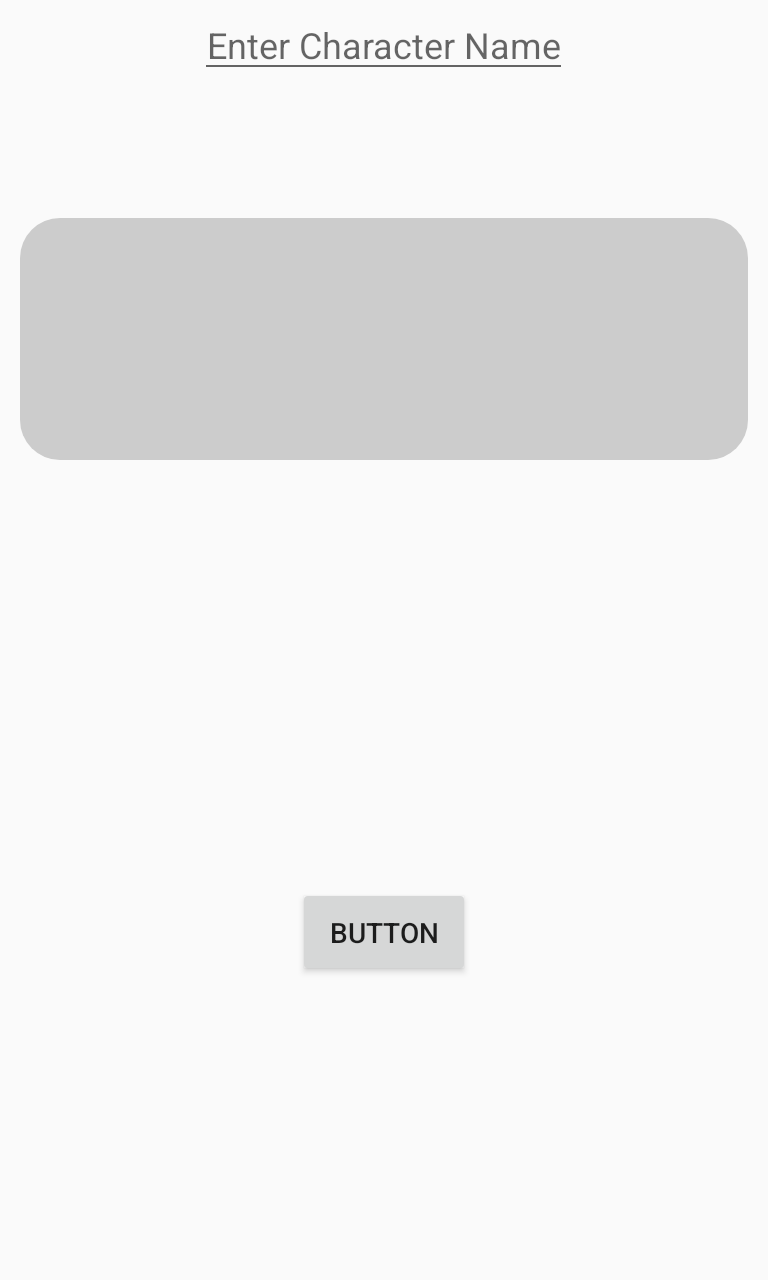
Repository: Vortelf/DnDAndroid
Layout: BuildApp/DnD/res/layout/activity_random_char.xml
These files come from the project's save history. The layout is drawn as it stood at one moment and after the next save; the edit follows.
It is drawn on a 768 x 1280 px phone screen (xhdpi) without system bars, with theme AppTheme; the app's code is not run.

Above is the layout before, as saved 2014-11-09 05:59:07.

After the next save:
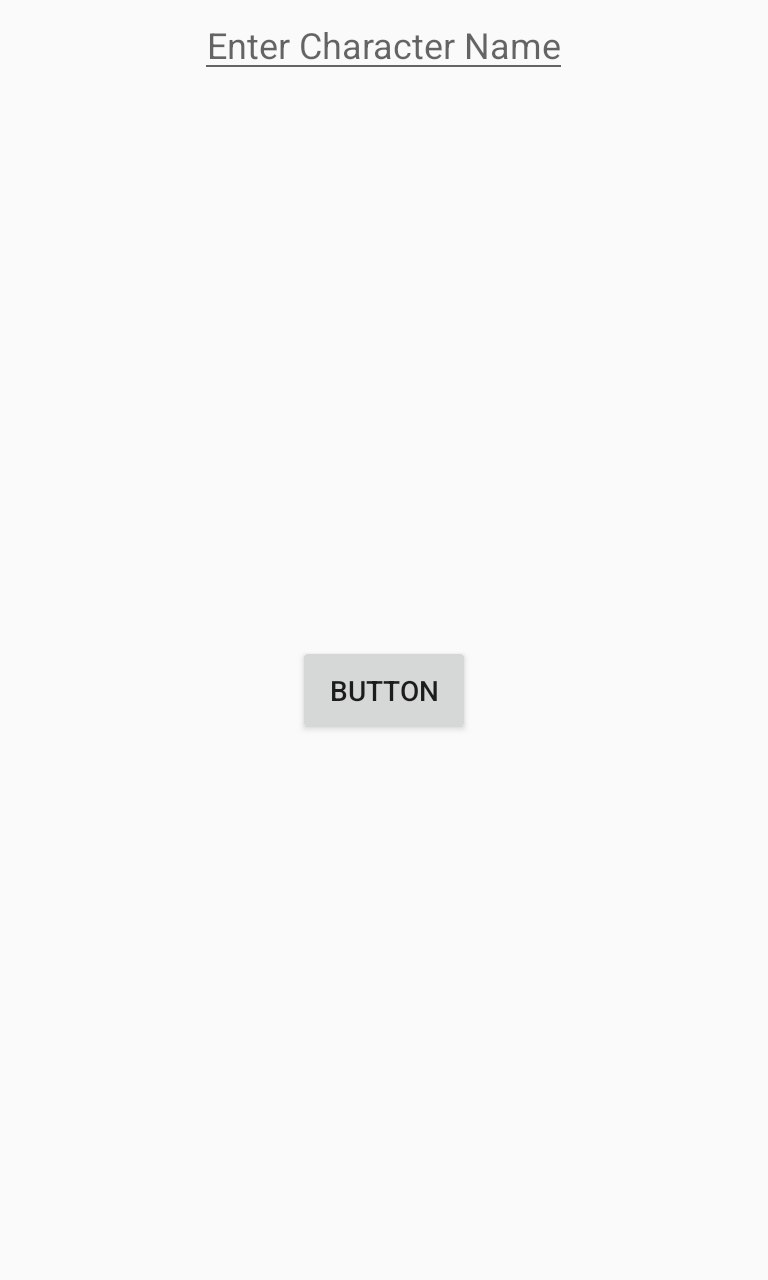
Saved 44 s later.
--- a/BuildApp/DnD/res/layout/activity_random_char.xml
+++ b/BuildApp/DnD/res/layout/activity_random_char.xml
@@ -45,7 +45,8 @@
 	    android:layout_marginLeft="10dp"
 	    android:layout_marginRight="10dp"
 	    android:orientation="vertical"
-	    android:background="@drawable/border">
+	    android:background="@drawable/border"
+	    android:visibility="gone">
 
 	    <TextView
 	        android:id="@+id/CharName"
